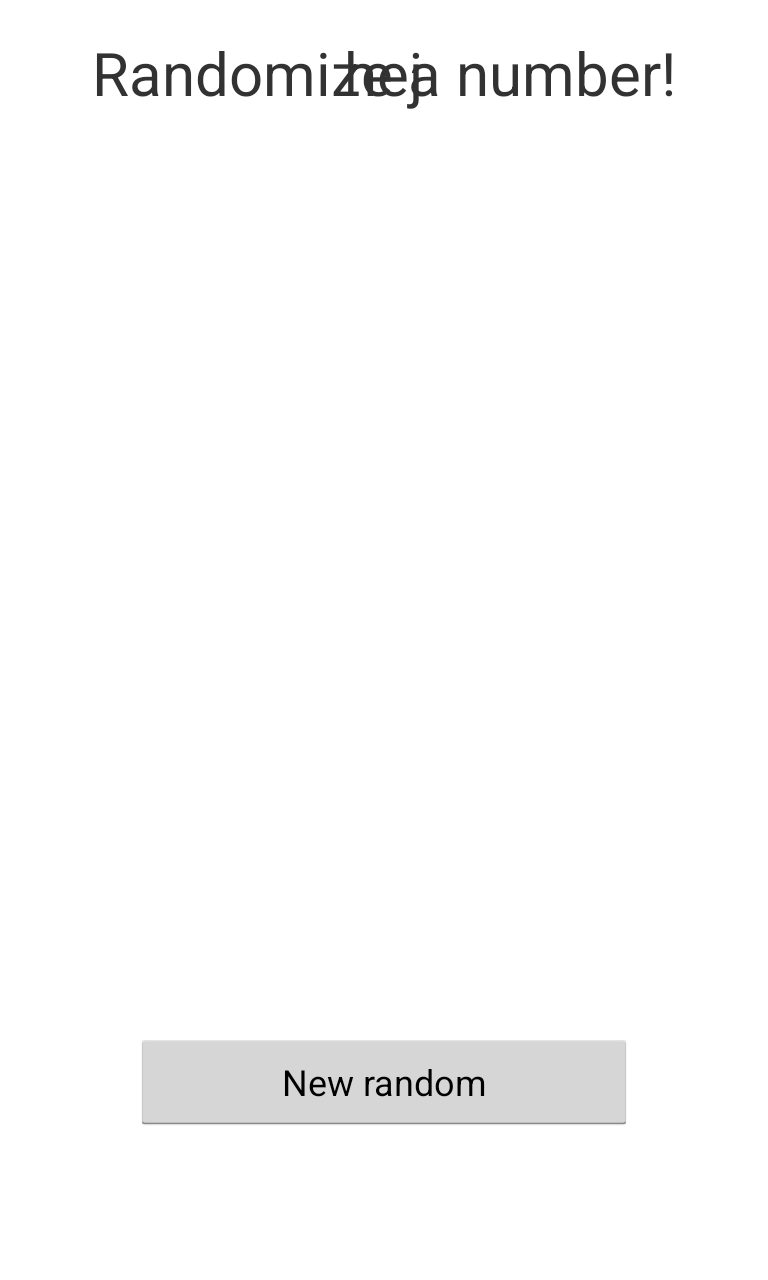
Repository: me222rs/AndroidLab1
Layout: Lab1/res/layout/activity_main.xml
An editor plug-in stored every save of this project. The layout is shown before and after the next save, followed by the edit.
It is drawn on a 768 x 1280 px phone screen (xhdpi) without system bars, with theme AppTheme; the app's code is not run.

Above is the layout before, as saved 2014-11-13 16:10:54.

After the next save:
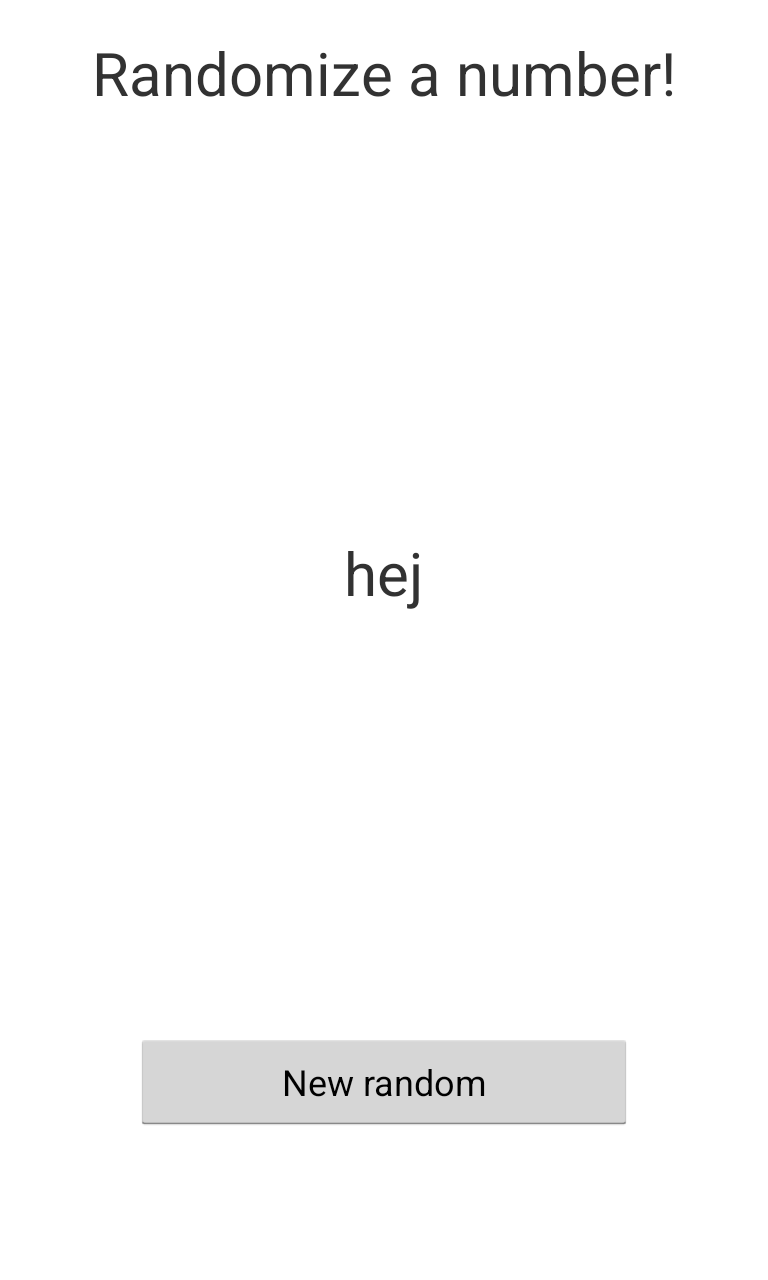
Saved 41 s later.
--- a/Lab1/res/layout/activity_main.xml
+++ b/Lab1/res/layout/activity_main.xml
@@ -21,6 +21,7 @@
         <TextView
 
        	android:id="@+id/randomText"
+       	android:layout_marginTop="250dp"
         android:layout_width="wrap_content"
         android:layout_height="wrap_content"
         android:text="hej"
